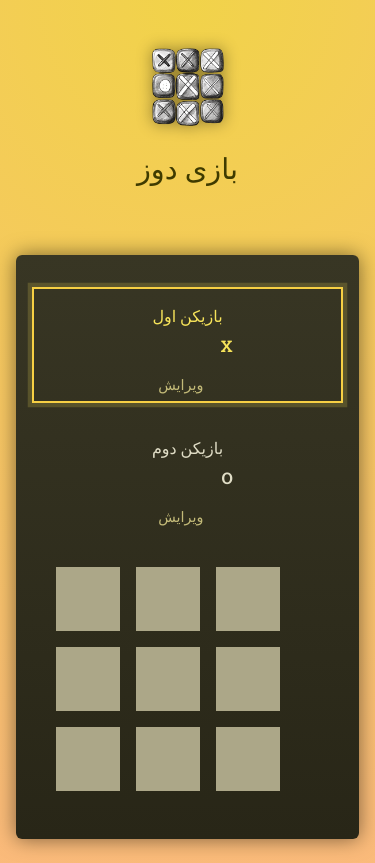
Repository: H-ala/react-tic-toc-toe
Page: /
An editor plug-in stored every save of this project. The page is shown before and after the next save, followed by the edit.
The browser window is 375 px wide. The pictures show the whole page.
Some web fonts or font styles are not loaded; a fallback is used. The project was rebuilt for these pictures with package versions that can differ from the ones it lists, and the page was loaded fresh each time. Also part of the build but not shown: vite.config.js, src/components/GameOver.jsx.

Above is the page before, as saved 2025-10-21 18:01:08.

After the next save:
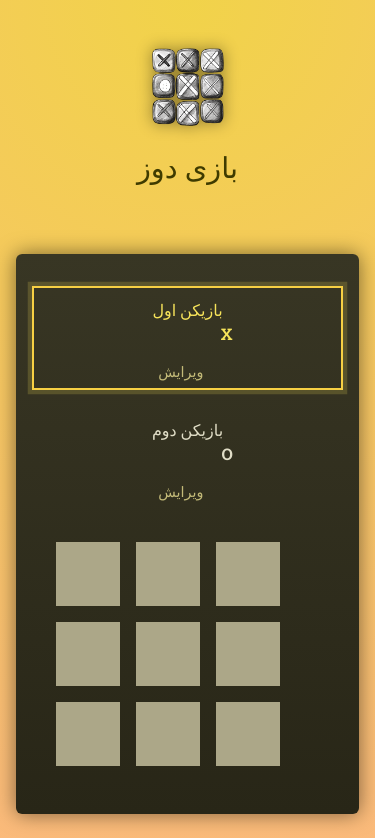
Saved 50 s later.
--- a/src/index.css
+++ b/src/index.css
@@ -111,7 +111,6 @@ h1 {
   padding: 0.5rem;
   border-radius: 4px;
   font-weight: bold;
-  font-size: 20px;
 }
 
 .player-name {
@@ -382,6 +381,7 @@ h1 {
 @media (max-width: 480px) {
   body {
     background-size: cover;
+    font-size: 80%;
   }
 
   header img {
